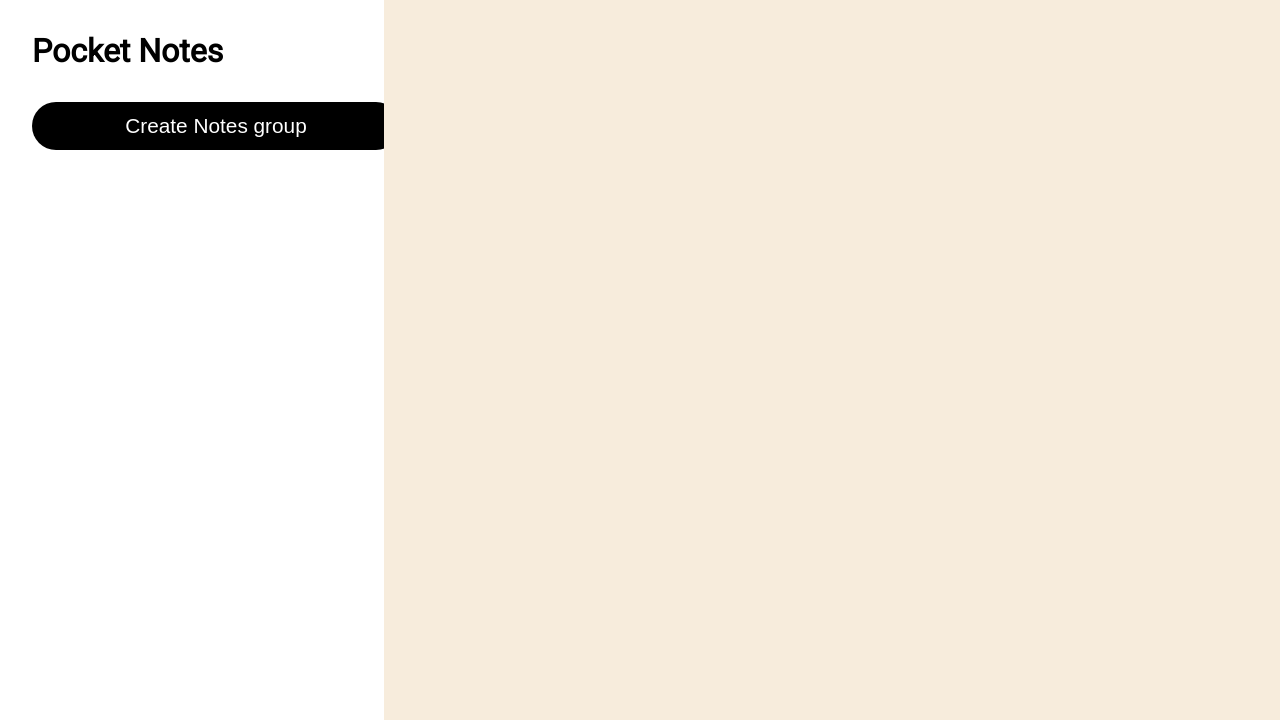
Repository: drumsmanku/react-module-test
Page: /
The author's editor kept a copy of each file at every save. The page is drawn from the files as they stood at one save, then again after the next save.
The browser window is 1280 px wide. The pictures show the whole page.
The project was rebuilt for these pictures with package versions that can differ from the ones it lists, and the page was loaded fresh each time. Also part of the build but not shown: src/Components/NotesComponent.js.

Above is the page before, as saved 2023-06-12 13:20:18.

### src/App.js
import './App.css';
import MainPage from './Components/MainPage';

function App() {
  return (
    <div className="App">
      <MainPage/>
    </div>
  );
}

export default App;

### src/Components/MainPage.js
import React, { useState, useEffect } from "react";
import "./MainPage.css";
import PopUp from "./PopUp";
import NotesComponent from "./NotesComponent";
import img1 from '../Assets/img1.png'

function MainPage() {

  const colors=['#81acbc', '#567da2','#9c7ac8','#91b1c5','#ea9fd8','#35f030','#8c5064','#186e33','#c25650','#cc7ec7','#2521ef','#e9d499','#25f073','#dcf4b6','#17cb98','#cb6856','#49616e','#7fef88','#a362f6','#08e400','#9726a2','#5c0a51' ];

  const [selectedGroup, setSelectedGroup] = useState(null);
  const [buttonState, setButtonState] = useState(false);

  const addComponent = (groupIndex) => {
    setSelectedGroup(groupIndex);
  };
  const [myGroups, setMyGroups] = useState(() => {
    const storedValue = localStorage.getItem("group");
    return storedValue ? JSON.parse(storedValue) : [];
  });

  useEffect(() => {
    localStorage.setItem("group", JSON.stringify(myGroups));
  }, [myGroups]);

  useEffect(()=>{
    setButtonState(true);
  },[])

  return (
    <div className="main-container">
      <div className="first-compartment">
        <h1>Pocket Notes</h1>
        <div className="group-buttons">
          <PopUp myGroups={myGroups} setMyGroups={setMyGroups} />
          {myGroups.map((group, idx) => (
            <button
              className="cat-buttons"
              key={idx}
              onClick={() => addComponent(idx)}
            >
              <div
                className="icon"
                style={{ backgroundColor: colors[idx] }}
              ></div>{" "}
              {group}
            </button>
          ))}
        </div>
      </div>
      <div className="second-compartment">

        {selectedGroup !== null && (
          <NotesComponent
            groupIndex={selectedGroup}
            groupName={myGroups[selectedGroup]}
          />
        )}
      </div>
    </div>
  );
}

export default MainPage;

### src/Components/MainPage.css
@import url('https://fonts.googleapis.com/css2?family=Roboto&display=swap');
body{
  font-family: 'Roboto';
}

.main-container{
  height: 100vh;
  width: 100vw;
  display: flex;
}

.first-compartment{
  width: 30%;
  height: 100vh;
}

.first-compartment h1{
  margin: 0;
  text-align: left;
  padding: 2rem;
}
.group-buttons{
  height: 85%;
  max-height: 85%;
  width: 80%;
  display: flex;
  flex-direction: column;
  align-items: flex-start;
  margin-left: 2rem;
}

.cat-buttons{
  width: 27rem;
  height: 5rem;
  background-color: white;
  color: black;
  margin: 1rem 1rem 1rem 0;
  font-size: 1.3rem;
  font-weight: medium;
  display: flex;
  align-items: center;
  border-top-left-radius: 1.5rem;
  border-bottom-left-radius: 1.5rem;
  background: none;
  border: none;
  transition: 0.1s ease-in;

}
.cat-buttons:hover{
  background-color: #F7ECDC;
}
.icon{
  height: 3.5rem;
  width: 3.5rem;
  border-radius: 50%;
  margin-right: 2rem;

}
.second-compartment{
  background-color: #F7ECDC;
  width: 70%;
  height: 100vh;
}

### src/Components/PopUp.js
import React, { useState } from "react";
import "./PopUp.css";
import Popup from "reactjs-popup";
import "reactjs-popup/dist/index.css";

function PopUp({ myGroups, setMyGroups, color, setColor }) {
  const [input, setInput] = useState("");
  const colorSet=['#e9d499','#25f073','#dcf4b6','#17cb98','#cb6856']

  const handleColor=(event)=>{
    setColor(event.target.backgroundColor);
  }

  const handleInputChange = (event) => {
    setInput(event.target.value);
  };

  const handleButtonClick = () => {
    setMyGroups([...myGroups, input]);
    setInput("");
  };

  return (
    <div className="popup-container">
      <Popup
        trigger={<button className="btn-1">Create Notes group</button>}
        modal
        nested

      >
        {(close) => (
          <div style={{height:'30vh',paddingLeft:'2rem', paddingTop:'2rem' }} className="modal">
            <div style={{ fontWeight:'bold', fontSize:'1.5rem', marginBottom:'1.5rem'}} className="content">Welcome to GFG!!!</div>
            <div style={{marginLeft:'1rem'}}>
              <div style={{marginBottom:'1.8rem'}}>
                <label htmlFor="name" style={{marginRight:'2rem', fontWeight:'bold', fontSize:'1.5rem'}}>Group Name </label>
                <input style={{width:'25rem',height:'2rem', borderRadius:'2rem', border:'0.2rem solid #CCCCCC', fontSize:'1.3rem', paddingLeft:'1rem'}} type="text" onChange={handleInputChange} value={input} placeholder="Enter your group name...." />
              </div>
              <div style={{display:'flex', alignItems:'center', marginBottom:'1.8rem'}} className="hues">
                <label htmlFor="color" style={{marginRight:'2rem', fontWeight:'bold', fontSize:'1.5rem'}}>Choose colour</label>
                <div style={{display:'flex'}}>
                  {colorSet.map((color, idx)=>(
                    <div onClick={handleColor} key={idx} style={{height:'1.8rem', width:'1.8rem', borderRadius:'50%', backgroundColor:color, marginRight:'1rem'}}></div>
                  ))}
                </div>

              </div>
              <div style={{width:'90%', display:'flex', justifyContent:'flex-end'}}>
                <button style={{width:'8rem', height:'2rem', backgroundColor:'black', color:'white', border:'none', borderRadius:'0.5rem', fontSize:'1.2rem', letterSpacing:'0.1rem'}} onClick={handleButtonClick}>add</button>
              </div>

            </div>
          </div>
        )}
      </Popup>
    </div>
  );
}

export default PopUp;

### src/Components/PopUp.css
@import url('https://fonts.googleapis.com/css2?family=Roboto&display=swap');

body{
  font-family: 'Roboto';
}

.btn-1{
  width: 23rem;
  height: 3rem;
  background-color: black;
  border: none;
  border-radius: 3rem;
  color: white;
  font-weight: 2rem;
  font-size: 1.3rem;
}
.popup-modal{
  height: 30rem;
}

### src/Components/NotesComponent.css
@import url('https://fonts.googleapis.com/css2?family=Roboto&display=swap');
body{
  font-family: 'Roboto';
}

.notes-container{
  display: flex;
  height: inherit;
  width: 100%;
  flex-direction: column;
  align-items: center;
  justify-content: space-between;
}
.heading{
  display: flex;
  flex-direction: row;
  justify-content: flex-start;
}
.notes-section {
  height: 60vh;
  max-height: 60vh;
  overflow-y: scroll;
}
input:focus{
  outline: none;
  border: none;
}

Loaded but not shown: public/index.html (common file); src/index.js (common file); src/index.css (common file); src/App.css (common file)

After the next save:
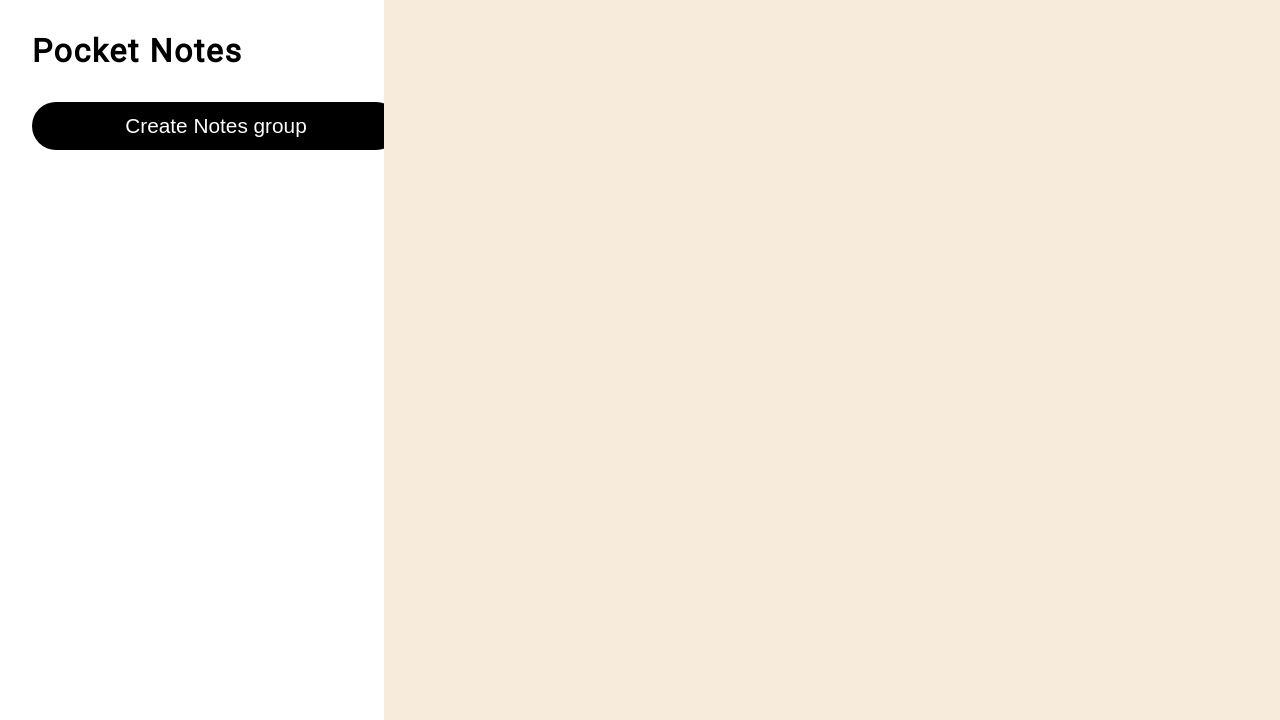
Saved 20 s later.
--- a/src/Components/PopUp.css
+++ b/src/Components/PopUp.css
@@ -2,6 +2,7 @@
 
 body{
   font-family: 'Roboto';
+  letter-spacing: 0.1rem;
 }
 
 .btn-1{
@@ -14,6 +15,6 @@ body{
   font-weight: 2rem;
   font-size: 1.3rem;
 }
-.popup-modal{
-  height: 30rem;
+.modal{
+
 }
